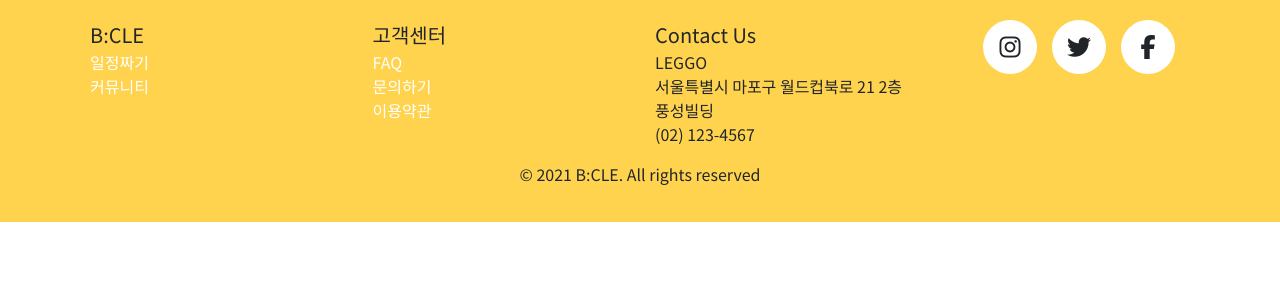
Repository: hyodii/FinalProject
Page: http://localhost/ViewPage/footer3.jsp
The author's editor kept a copy of each file at every save. The page is drawn from the files as they stood at one save, then again after a run of saves.
The browser window is 1280 px wide. The pictures show the whole page.
Some web libraries are served in a nearby version. The page is served by Tomcat 9.

Above is the page before, as saved 2021-12-07 10:37:32.
Console error (its wording comes from the project's code and is left out).

After the next 2 saves:
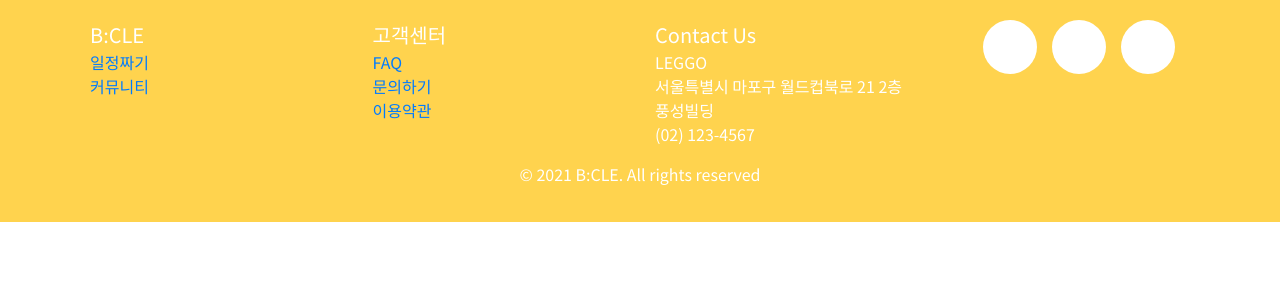
The 2 saves are shown as one change because they came seconds apart.
The last was saved 11 s later.
--- a/ViewPage/WebContent/footer3.jsp
+++ b/ViewPage/WebContent/footer3.jsp
@@ -28,6 +28,7 @@
 	background-color: #FFD34E;
 	font-family: 'Noto Sans KR', sans-serif;
 	font-size: 12pt;
+	color: white;
 }
 .title
 {
@@ -49,7 +50,6 @@
 {
 	text-decoration: none;
 	text-align: center;
-	color: white;
 }
 
 .icon

After the save that followed:
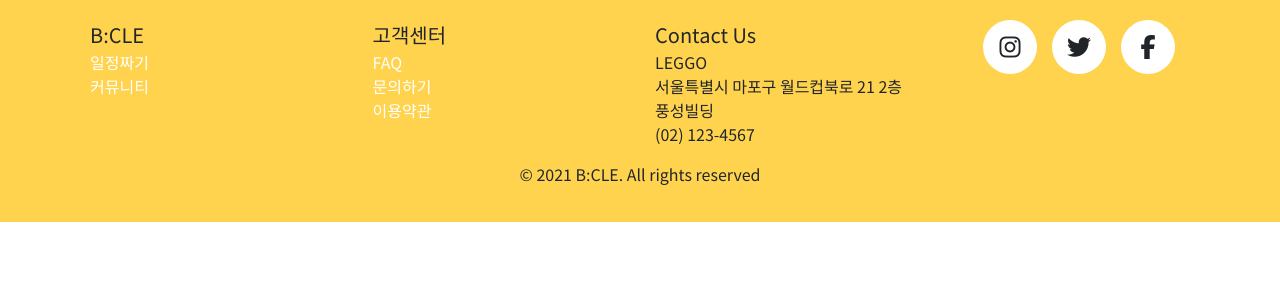
Saved 14 s later.
--- a/ViewPage/WebContent/footer3.jsp
+++ b/ViewPage/WebContent/footer3.jsp
@@ -28,7 +28,6 @@
 	background-color: #FFD34E;
 	font-family: 'Noto Sans KR', sans-serif;
 	font-size: 12pt;
-	color: white;
 }
 .title
 {
@@ -50,6 +49,7 @@
 {
 	text-decoration: none;
 	text-align: center;
+	color: white;
 }
 
 .icon
